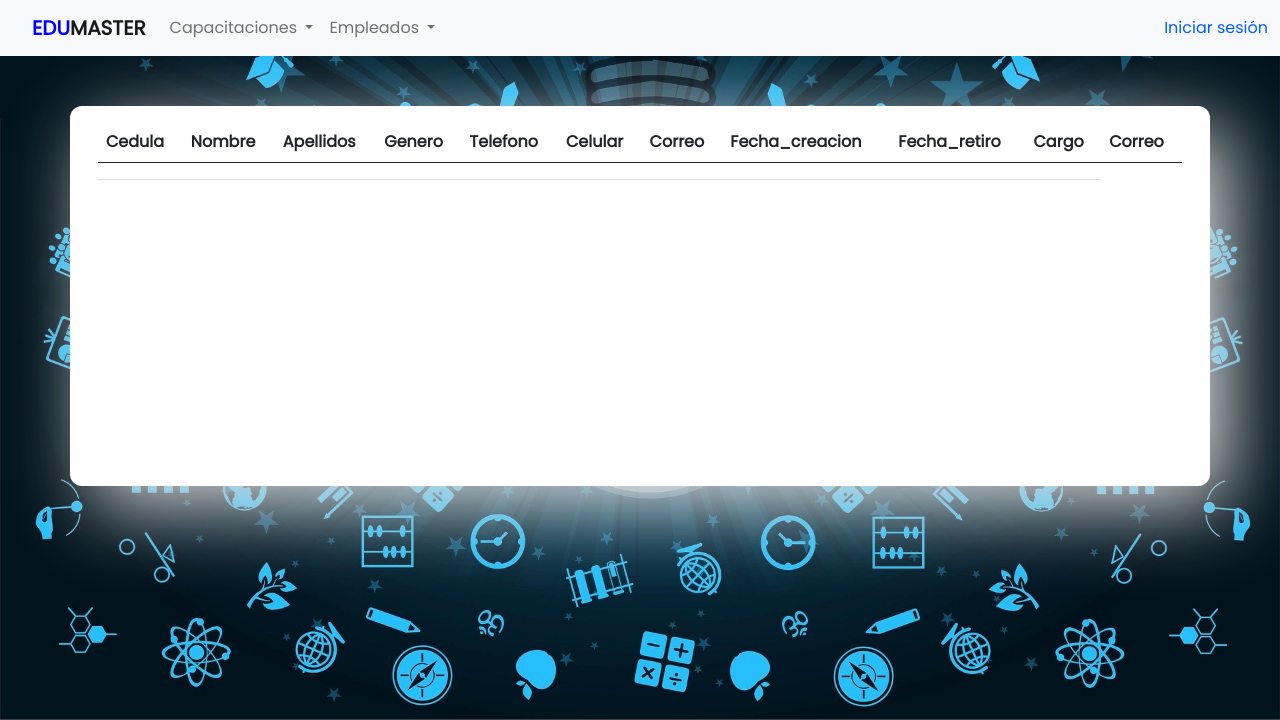
Repository: alejo95-svg/Edumaster
Page: http://localhost/ListarUsuarios
The author's editor kept a copy of each file at every save. The page is drawn from the files as they stood at one save, then again after the next save.
The browser window is 1280 px wide. The pictures show the whole page.
Some web libraries are served in a nearby version. The page is this project's Thymeleaf template; nobody is signed in. The template is opened directly, without the code that normally fills it, so the values that code supplies are empty.

Above is the page before, as saved 2022-09-22 01:16:28.

### Edumaster/src/main/resources/templates/ListarUsuarios.html
<div th:include="header.html" th:remove="tag"></div>

<div class="container">
    <div class="row">
            <div class="panel bg-white">
                <div class="panel-body p-3">
                    <table class="table table-hover">
                        <thead>
                          <tr>
                            <th scope="col">Cedula</th>
                            <th scope="col">Nombre</th>
                            <th scope="col">Apellidos</th>
                            <th scope="col">Genero</th>
                            <th scope="col">Telefono</th>
                            <th scope="col">Celular</th>
                            <th scope="col">Correo</th>
                            <th scope="col">Fecha_creacion</th>
                            <th scope="col">Fecha_retiro</th>
                            <th scope="col">Cargo</th>
                            <th scope="col">Correo</th>
                          </tr>
                        </thead>
                        <tbody>
                      		<th scope="row" th:text="${Usuario.Cedula}"></th>
                            <td th:text="${Usuario.Nombre}"></td>
                            <td th:text="${Usuario.Apellidos}"></td>
                            <td th:text="${Usuario.Id_genero}"></td>
                            <td th:text="${Usuario.Telefono}"></td>
                            <td th:text="${Usuario.Celular}"></td>
                            <td th:text="${Usuario.Correo}"></td>
                            <td th:text="${Usuario.Fecha_creacion}"></td>
                            <td th:text="${Usuario.Fecha_retiro}"></td>
                            <td th:text="${Usuario.Id_cargo}"></td>
                        </tbody>
                      </table>
                </div>
            </div>
    </div>
</div>

<div th:include="footer.html" th:remove="tag"></div>

### Edumaster/src/main/resources/templates/header.html
<!DOCTYPE html>
<html lang="en" xmlns:th="http://www.thymeleaf.org">
<head>
    <meta charset='utf-8'>
    <meta http-equiv='X-UA-Compatible' content='IE=edge'>
    <title>Edumaster</title>
    <link href="https://cdn.jsdelivr.net/npm/bootstrap@5.0.0-beta1/dist/css/bootstrap.min.css" rel="stylesheet" integrity="sha384-giJF6kkoqNQ00vy+HMDP7azOuL0xtbfIcaT9wjKHr8RbDVddVHyTfAAsrekwKmP1" crossorigin="anonymous">
    <LINK REL=StyleSheet HREF="/css/estilo.css" TYPE="text/css" MEDIA=screen>
</head>
<body>
    <!--<nav class="navbar navbar-light bg-light justify-content-between header">
        <b><a class="navbar-brand icono" th:href="@{/ConsultaEmpleado}"><span class="edu">EDU</span>MASTER</a></b>
        <div class="btn-group">
		  <button type="button" class="btn btn-primary dropdown-toggle" data-bs-toggle="dropdown" aria-expanded="false">
		    <svg xmlns="http://www.w3.org/2000/svg" width="16" height="16" fill="currentColor" class="bi bi-justify" viewBox="0 0 16 16">
			  <path fill-rule="evenodd" d="M2 12.5a.5.5 0 0 1 .5-.5h11a.5.5 0 0 1 0 1h-11a.5.5 0 0 1-.5-.5zm0-3a.5.5 0 0 1 .5-.5h11a.5.5 0 0 1 0 1h-11a.5.5 0 0 1-.5-.5zm0-3a.5.5 0 0 1 .5-.5h11a.5.5 0 0 1 0 1h-11a.5.5 0 0 1-.5-.5zm0-3a.5.5 0 0 1 .5-.5h11a.5.5 0 0 1 0 1h-11a.5.5 0 0 1-.5-.5z"/>
			</svg>
		  </button>
		  <ul class="dropdown-menu">
		    <li><a class="dropdown-item" href="#">Acción</a></li>
		    <li><a class="dropdown-item" href="#">Otra acción</a></li>
		    <li><a class="dropdown-item" href="#">Algo más aqui</a></li>
		    <li><hr class="dropdown-divider"></li>
		    <li><a class="dropdown-item" href="#">Enlace separado</a></li>
		  </ul>
		</div>
		<div class="w-90 p-3"> </div>
		<div class="w-90 p-3"> </div>
		<div class="w-90 p-3"> </div>
		<div class="w-90 p-3"> </div>

		<a th:href="@{/login}"><span class="login">Iniciar sesión</span></a>
    </nav>-->
<nav class="navbar navbar-expand-lg navbar-light bg-light">
  <div class="container-fluid">
  	<b><a class="navbar-brand icono" th:href="@{/ConsultaEmpleado}"><span class="edu">EDU</span>MASTER</a></b>

    <button class="navbar-toggler" type="button" data-bs-toggle="collapse" data-bs-target="#navbarSupportedContent" aria-controls="navbarSupportedContent" aria-expanded="false" aria-label="Toggle navigation">
      <span class="navbar-toggler-icon"></span>
    </button>
    <div class="collapse navbar-collapse" id="navbarSupportedContent">
      <ul class="navbar-nav me-auto mb-2 mb-lg-0">
        <!--<li class="nav-item">
          <a class="nav-link active" aria-current="page" href="#">Home</a>
        </li>-->
        <li class="nav-item dropdown">
          <a class="nav-link dropdown-toggle" href="#" id="navbarDropdown" role="button" data-bs-toggle="dropdown" aria-expanded="false">
            Capacitaciones
          </a>
          <ul class="dropdown-menu" aria-labelledby="navbarDropdown">
            <li><a class="dropdown-item" th:href="@{/listar}">Lista</a></li>
            <li><a class="dropdown-item" th:href="@{/new}">Crear</a></li>
            <!--<li><hr class="dropdown-divider"></li>-->
          </ul>
        </li>
        <li class="nav-item dropdown">
          <a class="nav-link dropdown-toggle" href="#" id="navbarDropdown" role="button" data-bs-toggle="dropdown" aria-expanded="false">
            Empleados
          </a>
          <ul class="dropdown-menu" aria-labelledby="navbarDropdown">
            <li><a class="dropdown-item" th:href="@{/listarUsuario}">Lista</a></li>
            <li><a class="dropdown-item" href="#">Crear</a></li>
            <!--<li><hr class="dropdown-divider"></li>-->
          </ul>
        </li>

      </ul>
      <a th:href="@{/login}"><span class="login">Iniciar sesión</span></a>
      <!--<form class="d-flex">
        <input class="form-control me-2" type="search" placeholder="Search" aria-label="Search">
        <button class="btn btn-outline-success" type="submit">Search</button>
      </form>-->
    </div>
  </div>
</nav>

### Edumaster/src/main/resources/templates/footer.html
    <script src="https://cdn.jsdelivr.net/npm/@popperjs/core@2.5.4/dist/umd/popper.min.js" integrity="sha384-q2kxQ16AaE6UbzuKqyBE9/u/KzioAlnx2maXQHiDX9d4/zp8Ok3f+M7DPm+Ib6IU" crossorigin="anonymous"></script>
    <script src="https://cdn.jsdelivr.net/npm/bootstrap@5.0.0-beta1/dist/js/bootstrap.min.js" integrity="sha384-pQQkAEnwaBkjpqZ8RU1fF1AKtTcHJwFl3pblpTlHXybJjHpMYo79HY3hIi4NKxyj" crossorigin="anonymous"></script>
</body>
</html>

### Edumaster/src/main/resources/static/css/estilo.css
@import url('https://fonts.googleapis.com/css2?family=Poppins&display=swap');

* {
    padding: 0;
    margin: 0;
    box-sizing: border-box;
    font-family: 'Poppins', sans-serif
}

body {
	height: 100%;
    background-repeat: no-repeat;
    background: url("../Imagenes/fondo1.jpg") no-repeat center center fixed;
    background-size: 100% 100%;
}

.container {
    margin: 50px auto
}

#forgot {
    min-width: 100px;
    margin-left: auto;
    text-decoration: none
}

a:hover {
    text-decoration: none
}

a{
    text-decoration: none;
}

.panel{
    min-height: 380px;
    box-shadow: 20px 20px 80px rgb(218, 218, 218);
    border-radius: 12px
}

.botonLogin{
	margin-top: 20px;
    border-radius: 10px;
    width: 100%;
    height: 48px;
}

.icono{
    margin-left: 20px;
}

.edu{
    color:blue;
}

.login{
    color: #005eff;
}

.border{
    margin-top: 14%;
}

.iluminar{
	box-shadow: 20px 20px 80px rgb(218, 218, 218);
}

After the next save:
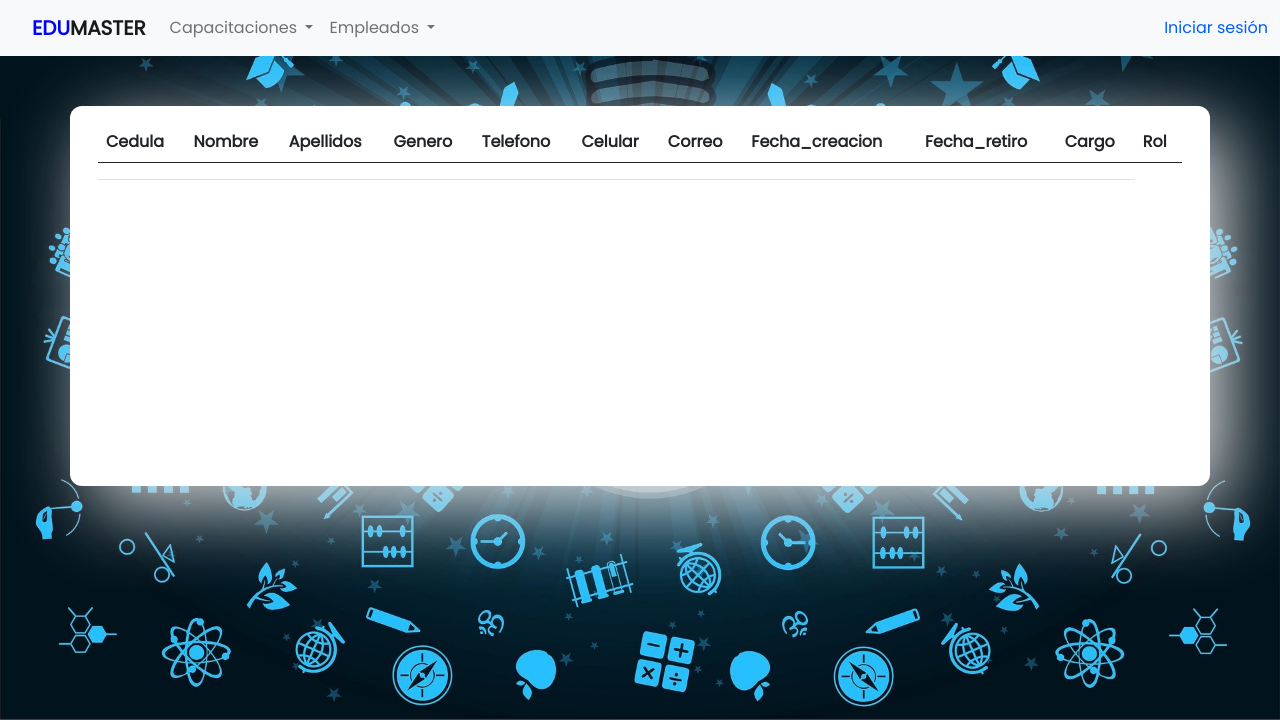
Saved 14 s later.
--- a/Edumaster/src/main/resources/templates/ListarUsuarios.html
+++ b/Edumaster/src/main/resources/templates/ListarUsuarios.html
@@ -17,7 +17,7 @@
                             <th scope="col">Fecha_creacion</th>
                             <th scope="col">Fecha_retiro</th>
                             <th scope="col">Cargo</th>
-                            <th scope="col">Correo</th>
+                            <th scope="col">Rol</th>
                           </tr>
                         </thead>
                         <tbody>
